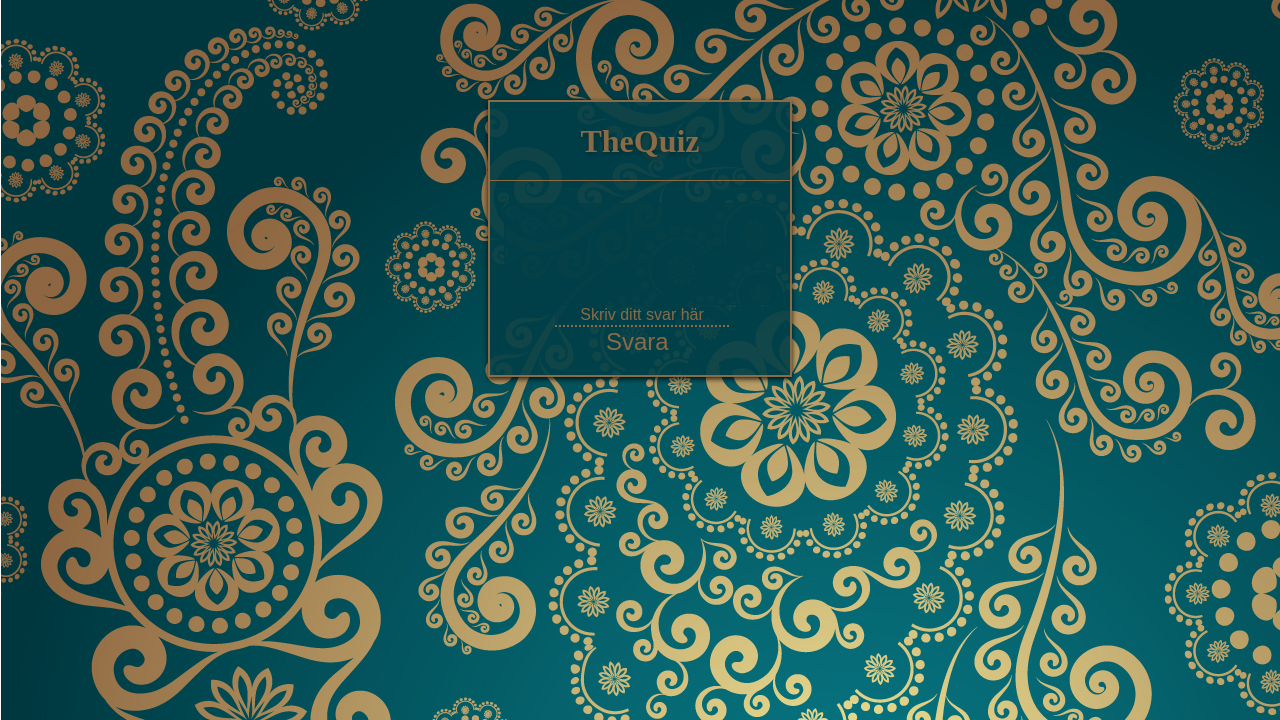
Repository: RebeccaFransson/1dv403-laborationer
Page: 4-thequiz/index.html
The author's editor kept a record of every edit. The page is drawn from the files as they stood at one moment, then again after the next edit.
The browser window is 1280 px wide. The pictures show the whole page.
The page's requests for data from a server got no answer.

Above is the page before.

After the next edit:
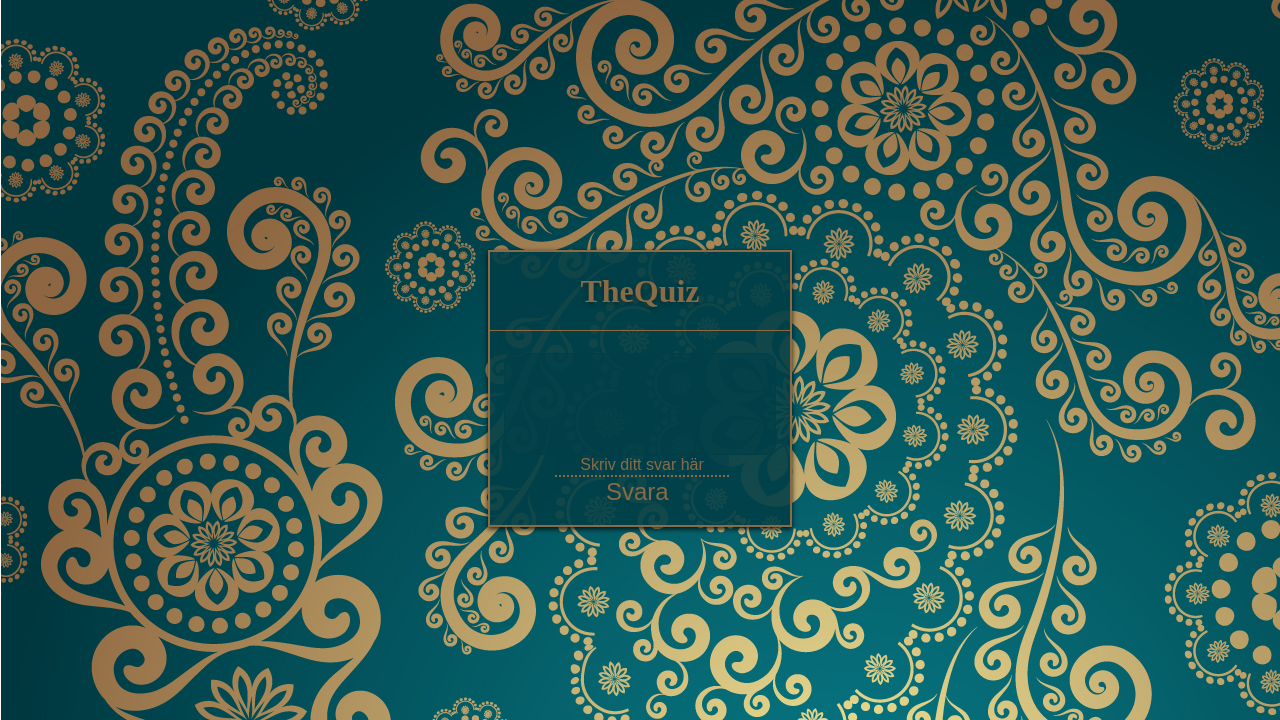
The edit:
--- a/4-thequiz/style.css
+++ b/4-thequiz/style.css
@@ -5,7 +5,7 @@
 #content{
     width:300px;
     margin:auto;
-    margin-top:100px;
+    margin-top:250px;
     border: 2px solid #8B6B45;
     box-shadow: 0 2px 5px rgba(0, 0, 0, 0.8);
     background-color:rgba(0, 63, 72, 0.9);
